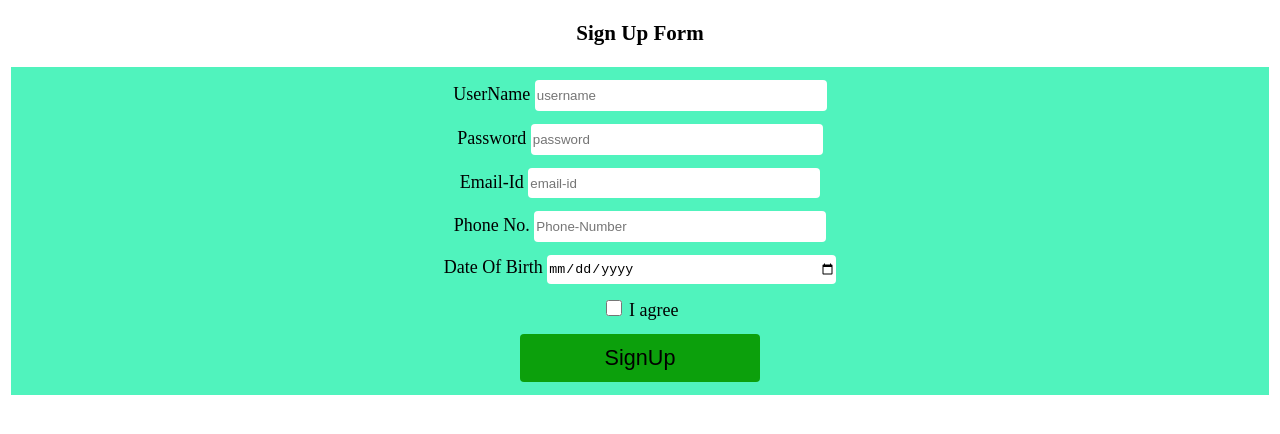
Repository: nir-github01/Html
Page: assign1-signup.html
These files come from the project's save history. The page is drawn as it stood at one moment and after the next save; the edit follows.
The browser window is 1280 px wide. The pictures show the whole page.

Above is the page before, as saved 2022-09-28 20:36:14.

After the next save:
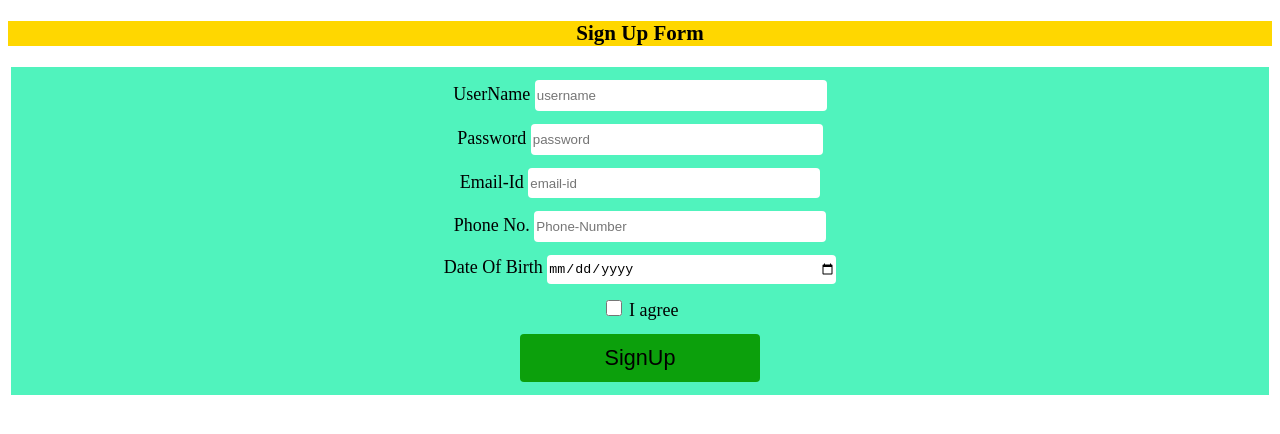
Saved 78 s later.
--- a/assign1-signup.html
+++ b/assign1-signup.html
@@ -67,6 +67,9 @@
           border-color: rgb(180, 238, 238);
 
         }
+        h3{
+            background-color: gold;
+        }
 
     </style>
 </head>
